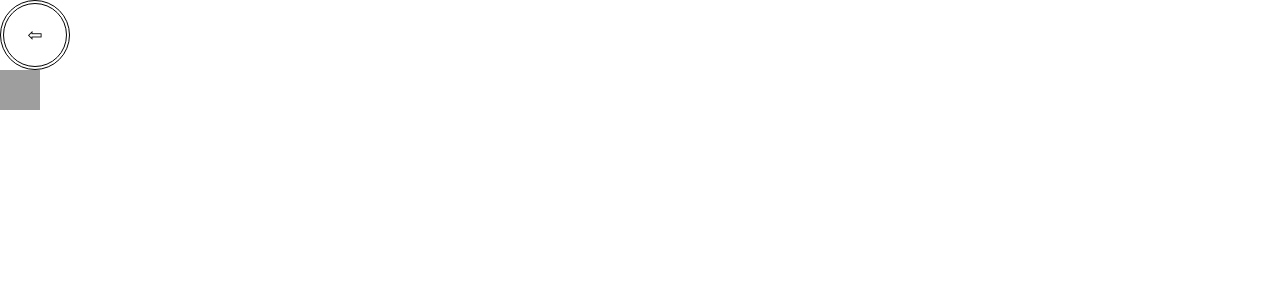
Repository: Mush-s/Folio-OX
Page: /profile
The author's editor kept a copy of each file at every save. The page is drawn from the files as they stood at one save, then again after the next save.
The browser window is 1280 px wide. The pictures show the whole page.
Pictures or frames that could not be fetched are drawn as grey boxes. The project was rebuilt for these pictures with package versions that can differ from the ones it lists, and the page was loaded fresh each time. Also part of the build but not shown: src/TicTacToe/AfterGame/AfterGame.css, src/TicTacToe/AfterGame/AfterGame.js, src/TicTacToe/Game/Cell.css, src/TicTacToe/Game/Cell.js, src/TicTacToe/Patterns/Pattern.js, src/TicTacToe/Game/GameButtons/GameButtons.css, src/TicTacToe/Game/GameButtons/GameButtons.js, src/TicTacToe/Game/Game.css and 18 more.

Above is the page before, as saved 2022-09-20 17:57:14.

### public/index.html
<!DOCTYPE html>
<html lang="en">
  <head>
    <meta charset="utf-8" />
    <link rel="icon" href="%PUBLIC_URL%/favicon.ico" />
    <meta name="viewport" content="width=device-width, initial-scale=1" />
    <meta name="theme-color" content="#000000" />
    <meta
      name="description"
      content="Web site created using create-react-app"
    />
    <link rel="apple-touch-icon" href="%PUBLIC_URL%/logo192.png" />
    <!--
      manifest.json provides metadata used when your web app is installed on a
      user's mobile device or desktop. See https://developers.google.com/web/fundamentals/web-app-manifest/
    -->
    <link rel="manifest" href="%PUBLIC_URL%/manifest.json" />
    <!--
      Notice the use of %PUBLIC_URL% in the tags above.
      It will be replaced with the URL of the `public` folder during the build.
      Only files inside the `public` folder can be referenced from the HTML.

      Unlike "/favicon.ico" or "favicon.ico", "%PUBLIC_URL%/favicon.ico" will
      work correctly both with client-side routing and a non-root public URL.
      Learn how to configure a non-root public URL by running `npm run build`.
    -->
    <title>React App</title>
  </head>
  <body>
    <noscript>You need to enable JavaScript to run this app.</noscript>
    <div id="root"></div>
    <div id="portal"></div>
    <div id="howmany"></div>
    <!--
      This HTML file is a template.
      If you open it directly in the browser, you will see an empty page.

      You can add webfonts, meta tags, or analytics to this file.
      The build step will place the bundled scripts into the <body> tag.

      To begin the development, run `npm start` or `yarn start`.
      To create a production bundle, use `npm run build` or `yarn build`.
    -->
  </body>
</html>

### src/index.js
import { createRoot } from "react-dom/client";
import { BrowserRouter } from "react-router-dom";
import ReactDOM from "react-dom";
import AfterGame from "./TicTacToe/AfterGame/AfterGame";

import App from "./App";
import BeforeGame from "./NanMon/BeforeGame/BeforeGame";
const container = document.getElementById("root");
const root = createRoot(container);
root.render(
  <BrowserRouter>
    <App />
  </BrowserRouter>
);

export const OverLay = (props) => {
  return ReactDOM.createPortal(
    <AfterGame onClick={props.onClick} result={props.result} />,
    document.getElementById("portal")
  );
};
export const HowMany = (props) => {
  return ReactDOM.createPortal(
    <BeforeGame />,
    document.getElementById("howmany")
  );
};

### src/App.js
import "./App.css";
import Game from "./TicTacToe/Game/Game";
import Game1 from "./NanMon/Game/Game1";
import Start from "./Start/Start";
import { Route, Routes } from "react-router-dom";
import Profile from "./Profile/Profile";

const App = () => {
  return (
    <div className="app">
      <Routes>
        <Route path="/" element={<Start />} />
        <Route path="/tictactou" element={<Game />} />
        <Route path="/nanmon" element={<Game1 />} />
        <Route path="/profile" element={<Profile />} />
      </Routes>
    </div>
  );
};

export default App;

### src/App.css
.app {
  position: relative;
  height: 100vh;
  width: 100%;
  font-family: "Courier New", Courier, monospace;
  /* background-image: url(https://png.pngtree.com/thumb_back/fh260/background/20210308/pngtree-vs-versus-challenge-gaming-background-banner-blue-image_582152.jpg);
  background-size: contain; */
}
/* Document
 * ========================================================================== */

/**
 * 1. Add border box sizing in all browsers (opinionated).
 * 2. Backgrounds do not repeat by default (opinionated).
 */

*,
::before,
::after {
  box-sizing: border-box; /* 1 */
  background-repeat: no-repeat; /* 2 */
}

/**
  * 1. Add text decoration inheritance in all browsers (opinionated).
  * 2. Add vertical alignment inheritance in all browsers (opinionated).
  */

::before,
::after {
  text-decoration: inherit; /* 1 */
  vertical-align: inherit; /* 2 */
}

/**
  * 1. Use the default cursor in all browsers (opinionated).
  * 2. Change the line height in all browsers (opinionated).
  * 3. Breaks words to prevent overflow in all browsers (opinionated).
  * 4. Use a 4-space tab width in all browsers (opinionated).
  * 5. Remove the grey highlight on links in iOS (opinionated).
  * 6. Prevent adjustments of font size after orientation changes in iOS.
  */

:where(:root) {
  cursor: default; /* 1 */
  line-height: 1.5; /* 2 */
  overflow-wrap: break-word; /* 3 */
  -moz-tab-size: 4; /* 4 */
  tab-size: 4; /* 4 */
  -webkit-tap-highlight-color: transparent; /* 5 */
  -webkit-text-size-adjust: 100%; /* 6 */
  text-size-adjust: 100%; /* 6 */
}

/* Sections
  * ========================================================================== */

/**
  * Remove the margin in all browsers (opinionated).
  */

:where(body) {
  margin: 0;
}

/**
  * Correct the font size and margin on `h1` elements within `section` and
  * `article` contexts in Chrome, Edge, Firefox, and Safari.
  */

:where(h1) {
  font-size: 2em;
  margin: 0.67em 0;
}

/* Grouping content
  * ========================================================================== */

/**
  * Remove the margin on nested lists in Chrome, Edge, and Safari.
  */

:where(dl, ol, ul) :where(dl, ol, ul) {
  margin: 0;
}

/**
  * 1. Correct the inheritance of border color in Firefox.
  * 2. Add the correct box sizing in Firefox.
  */

:where(hr) {
  color: inherit; /* 1 */
  height: 0; /* 2 */
}

/**
  * Remove the list style on navigation lists in all browsers (opinionated).
  */

:where(nav) :where(ol, ul) {
  list-style-type: none;
  padding: 0;
}

/**
  * Prevent VoiceOver from ignoring list semantics in Safari (opinionated).
  */

:where(nav li)::before {
  content: "\200B";
  float: left;
}

/**
  * 1. Correct the inheritance and scaling of font size in all browsers.
  * 2. Correct the odd `em` font sizing in all browsers.
  * 3. Prevent overflow of the container in all browsers (opinionated).
  */

:where(pre) {
  font-family: monospace, monospace; /* 1 */
  font-size: 1em; /* 2 */
  overflow: auto; /* 3 */
}

/* Text-level semantics
  * ========================================================================== */

/**
  * Add the correct text decoration in Safari.
  */

:where(abbr[title]) {
  text-decoration: underline;
  text-decoration: underline dotted;
}

/**
  * Add the correct font weight in Chrome, Edge, and Safari.
  */

:where(b, strong) {
  font-weight: bolder;
}

/**
  * 1. Correct the inheritance and scaling of font size in all browsers.
  * 2. Correct the odd `em` font sizing in all browsers.
  */

:where(code, kbd, samp) {
  font-family: monospace, monospace; /* 1 */
  font-size: 1em; /* 2 */
}

/**
  * Add the correct font size in all browsers.
  */

:where(small) {
  font-size: 80%;
}

/* Embedded content
  * ========================================================================== */

/*
  * Change the alignment on media elements in all browsers (opinionated).
  */

:where(audio, canvas, iframe, img, svg, video) {
  vertical-align: middle;
}

/**
  * Remove the border on iframes in all browsers (opinionated).
  */

:where(iframe) {
  border-style: none;
}

/**
  * Change the fill color to match the text color in all browsers (opinionated).
  */

:where(svg:not([fill])) {
  fill: currentColor;
}

/* Tabular data
  * ========================================================================== */

/**
  * 1. Collapse border spacing in all browsers (opinionated).
  * 2. Correct table border color in Chrome, Edge, and Safari.
  * 3. Remove text indentation from table contents in Chrome, Edge, and Safari.
  */

:where(table) {
  border-collapse: collapse; /* 1 */
  border-color: currentColor; /* 2 */
  text-indent: 0; /* 3 */
}

/* Forms
  * ========================================================================== */

/**
  * Remove the margin on controls in Safari.
  */

:where(button, input, select) {
  margin: 0;
}

/**
  * Correct the inability to style buttons in iOS and Safari.
  */

:where(button, [type="button" i], [type="reset" i], [type="submit" i]) {
  -webkit-appearance: button;
}

/**
  * Change the inconsistent appearance in all browsers (opinionated).
  */

:where(fieldset) {
  border: 1px solid #a0a0a0;
}

/**
  * Add the correct vertical alignment in Chrome, Edge, and Firefox.
  */

:where(progress) {
  vertical-align: baseline;
}

/**
  * 1. Remove the margin in Firefox and Safari.
  * 3. Change the resize direction in all browsers (opinionated).
  */

:where(textarea) {
  margin: 0; /* 1 */
  resize: vertical; /* 3 */
}

/**
  * 1. Correct the odd appearance in Chrome, Edge, and Safari.
  * 2. Correct the outline style in Safari.
  */

:where([type="search" i]) {
  -webkit-appearance: textfield; /* 1 */
  outline-offset: -2px; /* 2 */
}

/**
  * Correct the cursor style of increment and decrement buttons in Safari.
  */

::-webkit-inner-spin-button,
::-webkit-outer-spin-button {
  height: auto;
}

/**
  * Correct the text style of placeholders in Chrome, Edge, and Safari.
  */

::-webkit-input-placeholder {
  color: inherit;
  opacity: 0.54;
}

/**
  * Remove the inner padding in Chrome, Edge, and Safari on macOS.
  */

::-webkit-search-decoration {
  -webkit-appearance: none;
}

/**
  * 1. Correct the inability to style upload buttons in iOS and Safari.
  * 2. Change font properties to `inherit` in Safari.
  */

::-webkit-file-upload-button {
  -webkit-appearance: button; /* 1 */
  font: inherit; /* 2 */
}

/* Interactive
  * ========================================================================== */

/*
  * Add the correct styles in Safari.
  */

:where(dialog) {
  background-color: white;
  border: solid;
  color: black;
  height: -moz-fit-content;
  height: fit-content;
  left: 0;
  margin: auto;
  padding: 1em;
  position: absolute;
  right: 0;
  width: -moz-fit-content;
  width: fit-content;
}

:where(dialog:not([open])) {
  display: none;
}

/*
  * Add the correct display in Safari.
  */

:where(details > summary:first-of-type) {
  display: list-item;
}

/* Accessibility
  * ========================================================================== */

/**
  * Change the cursor on busy elements in all browsers (opinionated).
  */

:where([aria-busy="true" i]) {
  cursor: progress;
}

/*
  * Change the cursor on disabled, not-editable, or otherwise
  * inoperable elements in all browsers (opinionated).
  */

:where([aria-disabled="true" i], [disabled]) {
  cursor: not-allowed;
}

/*
  * Change the display on visually hidden accessible elements
  * in all browsers (opinionated).
  */

:where([aria-hidden="false" i][hidden]) {
  display: initial;
}

:where([aria-hidden="false" i][hidden]:not(:focus)) {
  clip: rect(0, 0, 0, 0);
  position: absolute;
}

a:-webkit-any-link {
  color: black;
  text-decoration: none;
}

button {
  cursor: pointer;
}

ul {
  padding-inline-start: 0;
  margin-block-start: 0;
}

### src/Profile/Profile.js
import Back from "../Components/Back/Back";
import "./Profile.css";
const Profile = () => {
  return (
    <div className="profile">
      <Back />
      <div className="picture">
        <img src="http://livedoor.blogimg.jp/snoo_frontpage/imgs/9/4/9460ea59-s.png" />
      </div>
    </div>
  );
};

export default Profile;

### src/Components/Back/Back.js
import "./Back.css";
import { useNavigate } from "react-router-dom";

const Back = () => {
  const navigate = useNavigate();
  const backHandler = () => {
    navigate("/");
  };
  return (
    <button className="back" onClick={backHandler}>
      ⇦
    </button>
  );
};

export default Back;

### src/Profile/Profile.css
.profile img{
    width:40px;
    height:40px;
}

### src/Components/Back/Back.css
.back {
  width: 70px;
  height: 70px;
  font-size: 18px;
  display: inline-block;
  background: #ffffff;
  border: double 4px #000000;
  border-radius: 50%;
  text-align: center;
  overflow: hidden;
  cursor: pointer;
}

After the next save:
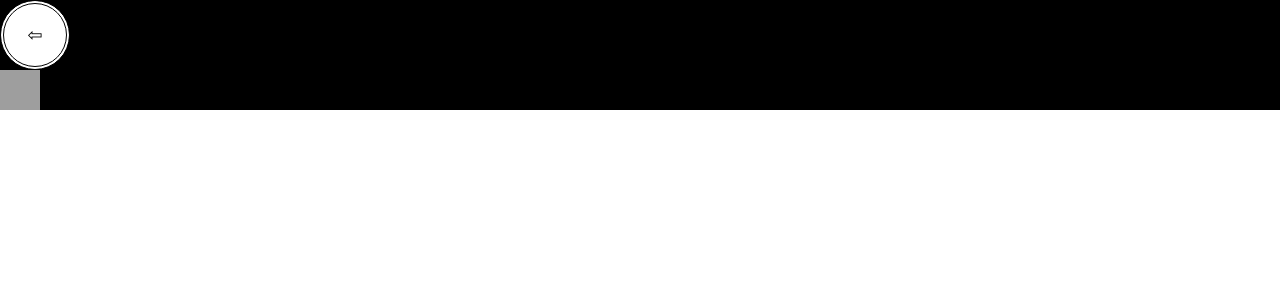
Saved 18 s later.
--- a/src/Profile/Profile.css
+++ b/src/Profile/Profile.css
@@ -1,3 +1,7 @@
+.profile{
+    background-color: black;
+}
+
 .profile img{
     width:40px;
     height:40px;
